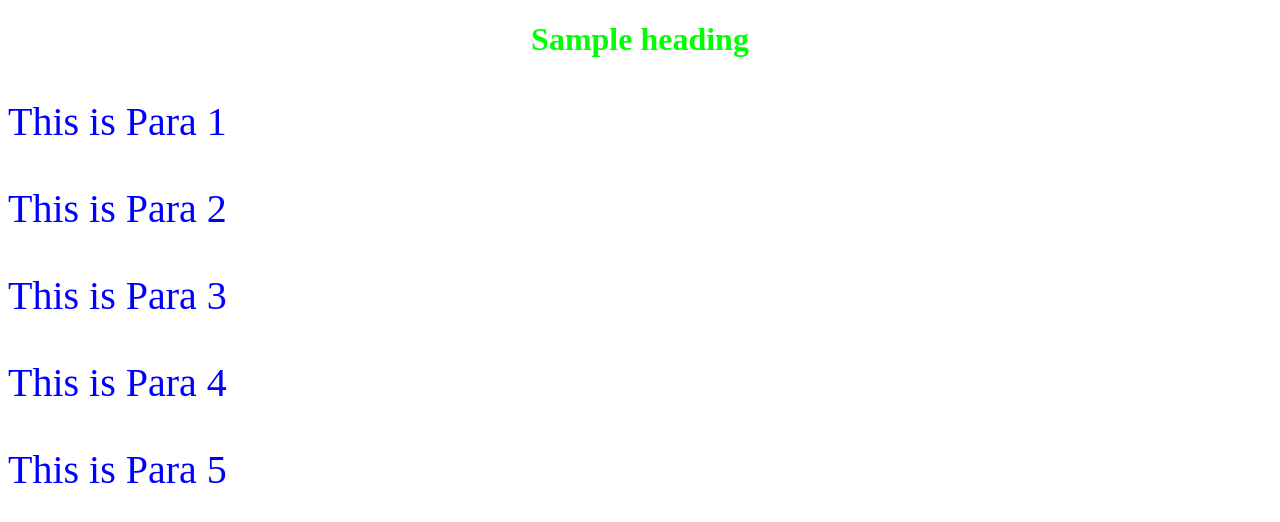
Repository: jbn-aman/wiprobatch1
Page: project/work/html/mywebapp/public/pages/cssdemo.html
An editor plug-in stored every save of this project. The page is shown before and after the next save, followed by the edit.
The browser window is 1280 px wide. The pictures show the whole page.

Above is the page before, as saved 2024-04-01 12:24:26.

After the next save:
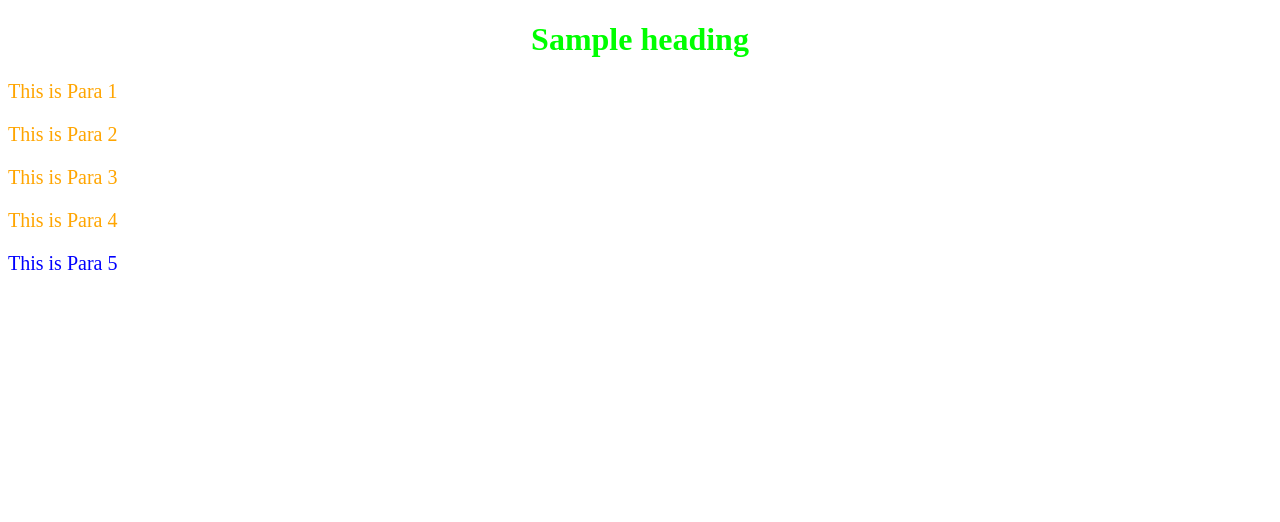
Saved 57 s later.
--- a/project/work/html/mywebapp/public/pages/cssdemo.html
+++ b/project/work/html/mywebapp/public/pages/cssdemo.html
@@ -15,10 +15,7 @@ p {
 	font-size: 20px;
 }
 
-p {
-	color: blue;
-	font-size: 40px
-}
+
 </style>
 
 
@@ -31,7 +28,7 @@ p {
 	<p>This is Para 2</p>
 	<p>This is Para 3</p>
 	<p>This is Para 4</p>
-	<p>This is Para 5</p>
+	<p style="color:blue;font-size:20px;">This is Para 5</p>
 
 
 </body>
